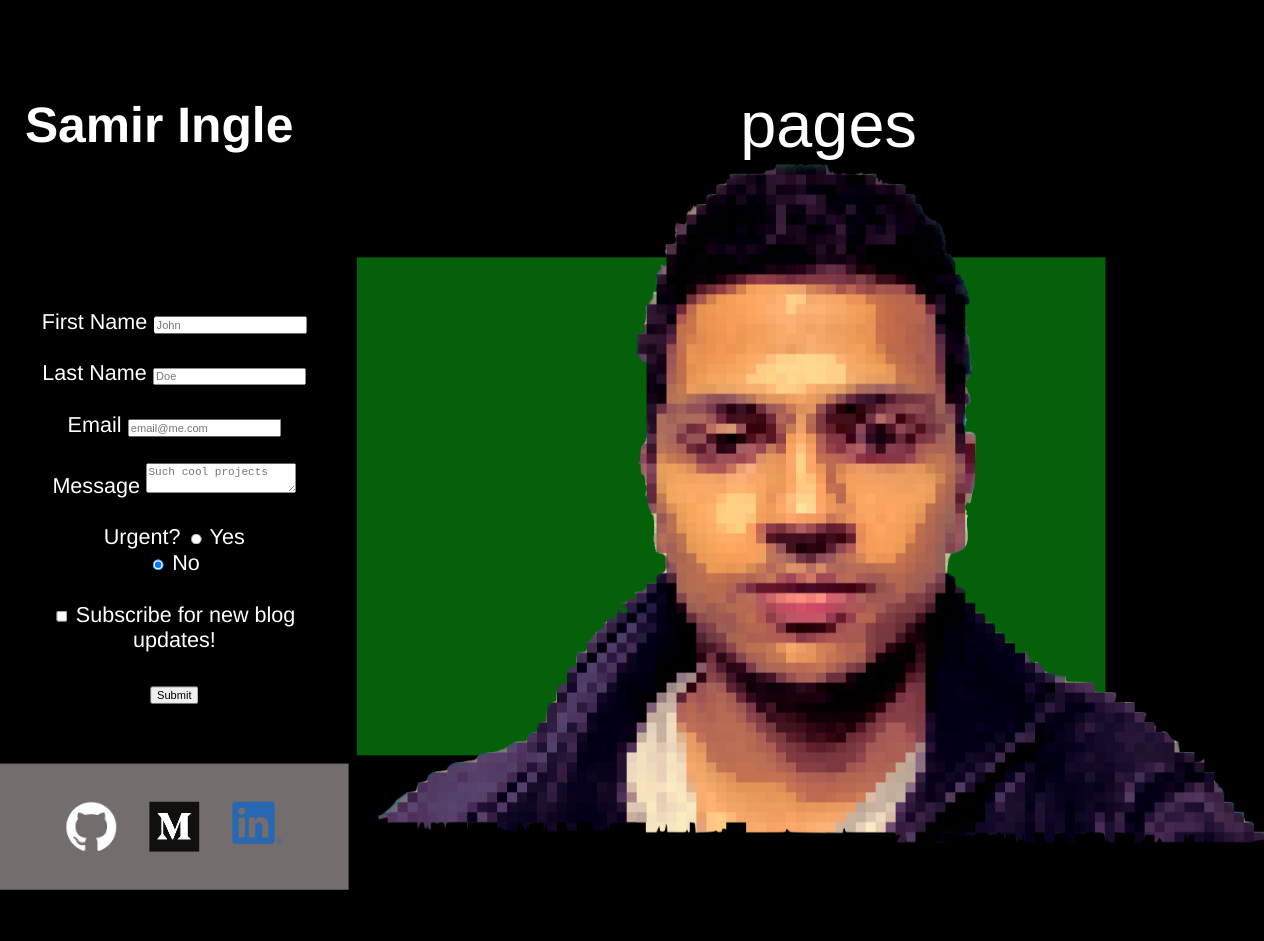
Repository: SamirIngley/html-semantic
Page: templates/contact.html
The author's editor kept a copy of each file at every save. The page is drawn from the files as they stood at one save, then again after the next save.
The browser window is 1280 px wide. The page is 1523 px wide, so the pictures cover 1523 px, including what lies to the right of the window. The pictures show the whole page, at 83% of full size.

Above is the page before, as saved 2020-02-09 10:46:36.

### templates/contact.html
<!DOCTYPE html>
<html lang="en">
<head>
    <meta charset="UTF-8">
    <meta name="viewport" content="width=device-width, initial-scale=1.0">
    <meta http-equiv="X-UA-Compatible" content="ie=edge">
    <title>Samir Ingle</title>
    <link href="style.css" rel="stylesheet">
</head>

<div class="wrapper">
    <div class="header">
        <center>
        <div>
            <h1>
                Samir Ingle
            </h1>
        </div>
        </center>
    </div>

    <div class="header-right">
        <div>
        <nav>
            <div class='dropdown'>
                <button class='dropbtn'>pages</button>
                <div class="dropdown-content">
                    <a href="/about">about</a>
                    <a href="/projects">projects</a>
                    <a href="/contact">contact</a>
                </div>
            </div>
        </nav>
        </div>
    </div>

    <div class="side-bar">
        <div><img src="static/images/8-bit.png" alt="samir-profile-pic"></div>
    </div>

    <div class="main-content">
        <div>
            <center>
            <form action="process.php" method="POST">
            <div>
                <label>First Name</label>
                <input type="text" name="firstName" placeholder="John">
            </div>
            <br>
            <div>
                <label>Last Name</label>
                <input type="text" name="lastName" placeholder="Doe">
            </div>
            <br>
            <div>
                <label>Email</label>
                <input type="email" name="email" placeholder="email@me.com">
            </div>
            <br>
            <div>
                <label>Message</label>
                <textarea name="message" placeholder="Such cool projects"></textarea>
            </div>
            <br>
            <div>

                    Urgent?

                <label>
                    <input type="radio" name="urgent" value="true">
                    Yes
                    </label><br>

                    <label>
                            <input type="radio" name="urgent" value="false" checked>
                            No<br>
                    </label>

            </div>
            <br>
            <div>
                <label>
                    <input type="checkbox" name="Subscribe for updates" value="subscribe"> Subscribe for new blog updates!<br>
                </label>
            </div>
            <br>
            <div>
                <input type="submit" name="submit" value="Submit">
            </div>
        </form>
        </center>
    </div>
    </div>

    <div class="footer">
        <!-- <div> -->

            <a href="https://github.com/SamirIngley"><img src="static/images/logos/githubpng/GitHub-Mark-Light-120px-plus.png" alt="github" ></a>
            <!-- <p>   </p> -->
            <a href="https://medium.com/@SamirIngle"><img src="static/images/logos/medium_logo.png" alt="github"></a>
            <!-- <p>   </p> -->
            <a href="https://www.linkedin.com/in/samiringle/"><img src="static/images/logos/LinkedIn-Logos/LI-In-Bug.png" alt="github"></a>
        <!-- </div> -->
    </div>

    <div class="footer-right">
        <div>

        </div>
    </div>

</div>
<br>
<br>

</html>

### templates/style.css

/* * {
    box-sizing: border-box;
} */

body {
  margin: 0;
  font-size: 26px;
  background-color:rgb(0, 0, 0);
  color: white;
  font-family: Helvetica;
}



/*
<nav>
                <div class='dropdown'>
                    <button class='dropbtn'>pages</button>
                    <div class="dropdown-content">
                        <a href="/about">about</a>
                        <a href="/projects">projects</a>
                        <a href="/contact">contact</a>
                    </div>
                </div>
            </nav> */

.wrapper {
  display: grid;
  grid-gap: 10px;
  grid-template-columns: 1fr 1fr 1fr;
  grid-template-rows: 300px 600px;
  /*
  The named areas below define where elements with
  those names are placed on the grid.
  */
  grid-template-areas:  "h h r"
                        "m s s"
                        "f g .";
}

.wrapper > div {
  color: white;
  font-family: Helvetica;
  padding: 1em;
  display: flex;
  justify-content: space-between;
  align-items: center;
  /* height: 300px; */
}

.header {
  /* Name this element to place it on the grid */
  font-size: 30px;
  grid-area: h;
  background-color: rgba(135, 206, 250, 0);
}

.drop-btn {
  text-align: center;
  padding: 100px 100px 100px 100px;
  grid-area: r;
}

.main-content {
  grid-area: m;
  background-color: rgba(135, 206, 250, 0);

}

.side-bar {
  grid-area: s;
  background-color: rgba(12, 255, 24, 0.378);
}

.footer {
  grid-area: f;
  background-color: rgba(255, 241, 241, 0.452);
}

.footer-right {
  grid-area: g;
  background-color: rgba(135, 206, 250, 0);
}




/* ----- Bio ----- */
/*
.bio ul {
  list-style: none;
} */

.side-bar {
  width:100%;
}

/* ----- Nav ----- */
 nav {
  background-color: rgba(215, 176, 251, 0);
  /* font-weight:bold; */
}


nav a {
  color: white;
  text-align: left;
  font-size: 2vw;
  text-decoration: none;
}

nav a:hover{
  color: lime;
}

nav a.active {
  background-color: orange;
  color: purple;
}

nav {
  display: flex;
  justify-content: flex-end;
  list-style: none;
}

.topnav {
  overflow: hidden;
  background-color: rgb(226, 226, 226);
}

.topnav a {
  float: right;
  color: #ffffff;
  text-align: center;
  padding: 14px 16px;
  text-decoration: none;
  font-size: 3px;
}

.topnav a:hover {
  background-color: #ddd;
  color: black;
}

.topnav a.active {
  background-color: lime;
  color: white;
}


/* -------- Drop Down -------- */

.dropbtn {
  background-color: rgba(247, 246, 246, 0);
  color: white;
  /* padding: 60px; */
  /* padding: 10px 20px 50px 30px; */

  font-size: 3em;
  border: 1px;
  cursor: pointer;
}

.dropbtn:hover {
  color: lime;
  background-color: rgba(247, 246, 246, 0);
}

.dropdown {
  position: relative;
  display: inline-block;
}

.dropdown-content {
  display: none;
  position: absolute;
  padding: 50px;
  border: 0px;
  margin: 0px;

  right: 0;
  background-color: #6f6f6f00;
  min-width: 10px;
  box-shadow: 0px 8px 16px 0px rgba(0, 0, 0, 0.719);
  z-index: 1;
}

.dropdown-content a {
  color: white;
  padding: 20px 20px 20px 20px;
  text-decoration: none;
  display: block;
  font-size: 5em;
}

.dropdown-content a:hover {background-color: #00000000;}

.dropdown:hover .dropdown-content {display: block;}
.dropdown:hover .dropbtn {background-color: #000000;}

div.footer {
  /* margin: 2em; */

  /* width: 80%; */
  padding: 1em;
  display: flex;
  justify-content: center;
  align-items: center;
  /* height: 100px; */
}

.footer > a {
  width: 60px;
  height: 60px;
  display: block;
  margin: 20px;
}

.footer > a > img {
  width: 100%;
  height: auto;
}

After the next save:
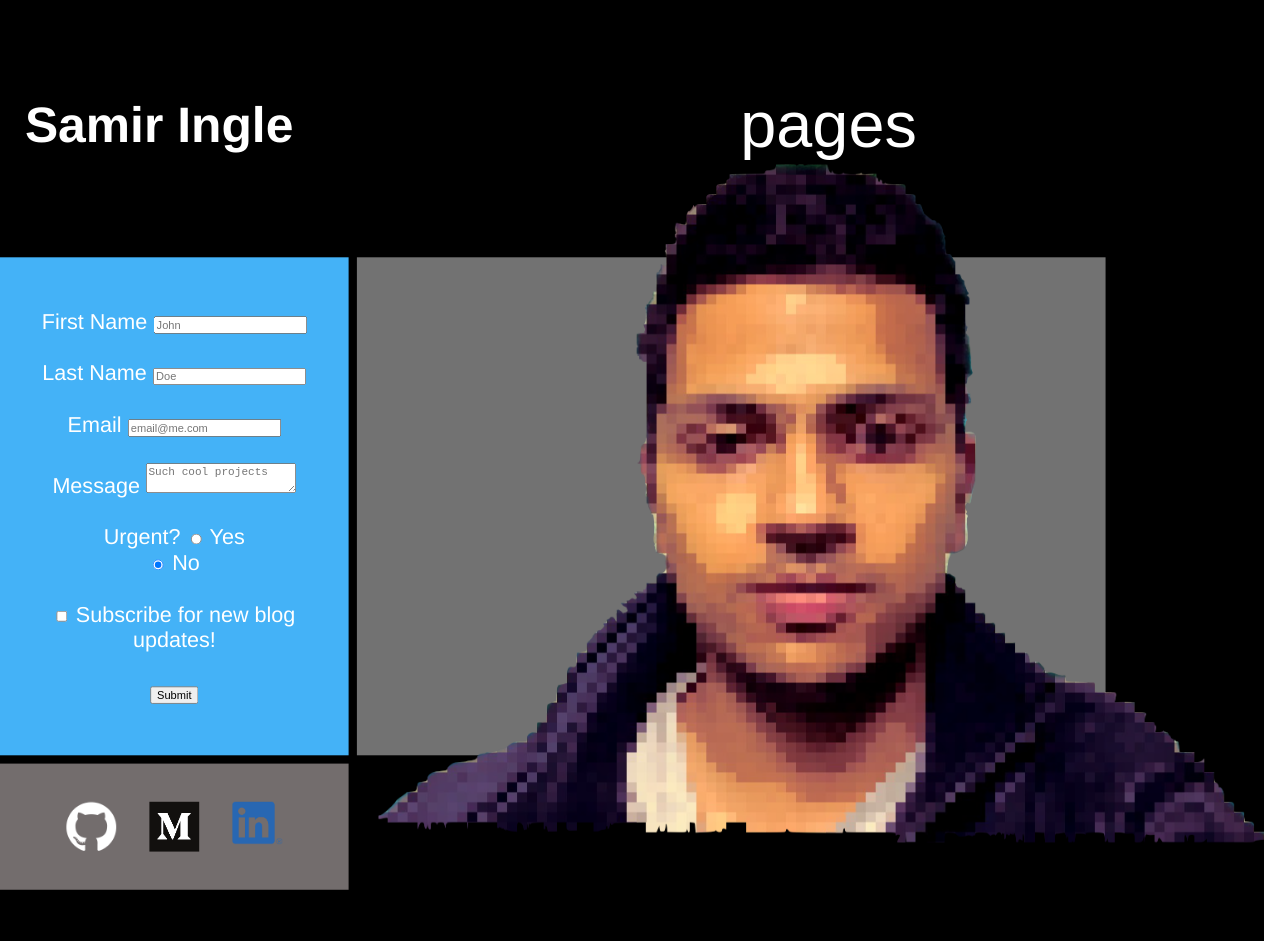
Saved 36 s later.
--- a/templates/style.css
+++ b/templates/style.css
@@ -64,13 +64,13 @@ body {
 
 .main-content {
   grid-area: m;
-  background-color: rgba(135, 206, 250, 0);
+  background-color: rgb(68, 178, 247);
 
 }
 
 .side-bar {
   grid-area: s;
-  background-color: rgba(12, 255, 24, 0.378);
+  background-color: rgba(181, 181, 181, 0.632);
 }
 
 .footer {
